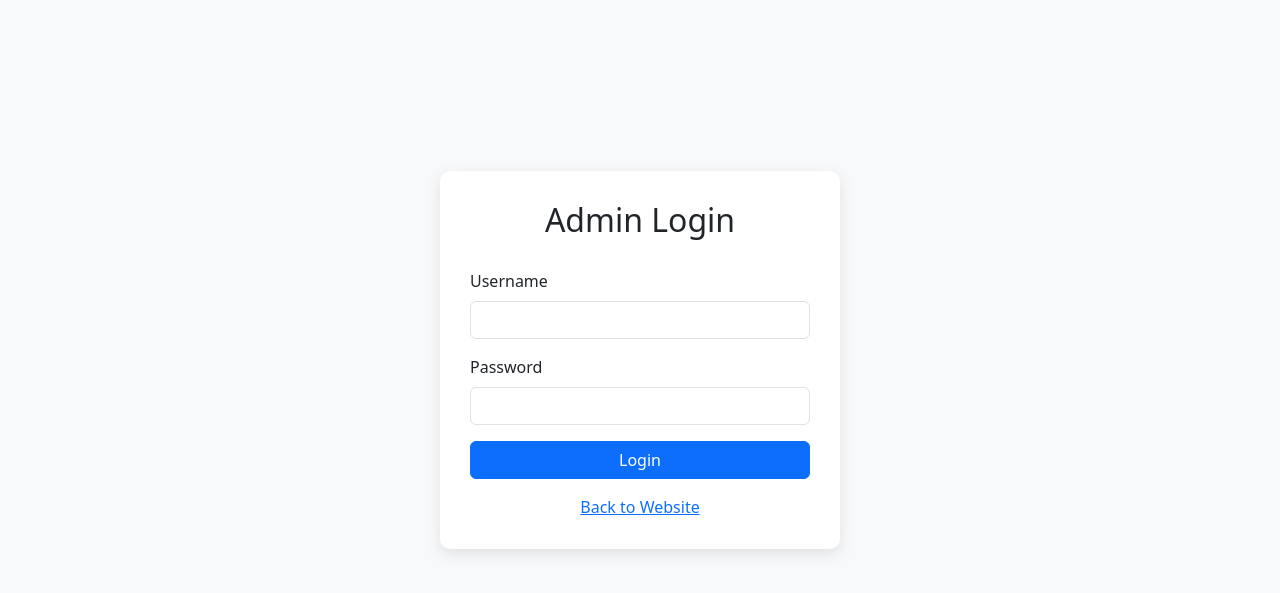
Repository: faridfirdaus-fred/portfolio-pweb
Page: http://localhost/admin/login.php
These files come from the project's save history. The page is drawn as it stood at one moment and after the next save; the edit follows.
The browser window is 1280 px wide. The pictures show the whole page.
The page is run by PHP 8.4 with error messages shown; the project is at /var/www/html/.

Above is the page before, as saved 2025-05-12 16:11:14.

### admin/login.php
<?php
session_start();

// Check if already logged in
if (isset($_SESSION['admin_logged_in']) && $_SESSION['admin_logged_in'] === true) {
    header("Location: index.php");
    exit;
}

// Include database configuration
require_once '../php/config.php';

$error = '';

// Check if form is submitted
if ($_SERVER["REQUEST_METHOD"] == "POST") {
    // Sanitize and validate input
    $username = trim($_POST['username']);
    $password = trim($_POST['password']);

    if (!empty($username) && !empty($password)) {
        // Prepare SQL statement to prevent SQL injection
        $stmt = $conn->prepare("SELECT * FROM admin WHERE username = ?");
        $stmt->bind_param("s", $username);
        $stmt->execute();
        $result = $stmt->get_result();

        if ($result->num_rows == 1) {
            $user = $result->fetch_assoc();

            // Verify password
            if (password_verify($password, $user['password'])) {
                // Set session
                $_SESSION['admin_logged_in'] = true;
                $_SESSION['admin_id'] = $user['id'];
                $_SESSION['admin_username'] = $user['username'];

                // Redirect to dashboard
                header("Location: index.php");
                exit;
            } else {
                $error = "Invalid password. Please try again.";
            }
        } else {
            $error = "Invalid username. Please try again.";
        }

        $stmt->close();
    } else {
        $error = "Please fill in both fields.";
    }
}
?>

<!DOCTYPE html>
<html lang="en">
<head>
    <meta charset="UTF-8">
    <meta name="viewport" content="width=device-width, initial-scale=1.0">
    <title>Admin Login</title>
    <!-- Bootstrap CSS -->
    <link href="https://cdn.jsdelivr.net/npm/bootstrap@5.3.0/dist/css/bootstrap.min.css" rel="stylesheet">
    <style>
        body {
            background-color: #f8f9fa;
            height: 100vh;
            display: flex;
            align-items: center;
            justify-content: center;
        }
        .login-form {
            max-width: 400px;
            width: 100%;
            padding: 30px;
            background-color: white;
            border-radius: 10px;
            box-shadow: 0 5px 15px rgba(0, 0, 0, 0.1);
        }
        .login-logo {
            text-align: center;
            margin-bottom: 30px;
        }
    </style>
</head>
<body>
    <div class="login-form">
        <div class="login-logo">
            <h2>Admin Login</h2>
        </div>

        <?php if (!empty($error)): ?>
            <div class="alert alert-danger"><?php echo htmlspecialchars($error); ?></div>
        <?php endif; ?>

        <form method="post" action="<?php echo htmlspecialchars($_SERVER["PHP_SELF"]); ?>">
            <div class="mb-3">
                <label for="username" class="form-label">Username</label>
                <input type="text" class="form-control" id="username" name="username" required>
            </div>
            <div class="mb-3">
                <label for="password" class="form-label">Password</label>
                <input type="password" class="form-control" id="password" name="password" required>
            </div>
            <button type="submit" class="btn btn-primary w-100">Login</button>
        </form>

        <div class="mt-3 text-center">
            <a href="../index.html">Back to Website</a>
        </div>
    </div>

    <!-- Bootstrap JS -->
    <script src="https://cdn.jsdelivr.net/npm/bootstrap@5.3.0/dist/js/bootstrap.bundle.min.js"></script>
</body>
</html>

### php/config.php
<?php
// Database configuration
$host = "localhost";
$username = "root";
$password = "";
$database = "portfolio_db";

// Create database connection
$conn = new mysqli($host, $username, $password, $database);

// Check connection
if ($conn->connect_error) {
    die("Connection failed: " . $conn->connect_error);
}
?>

After the next save:
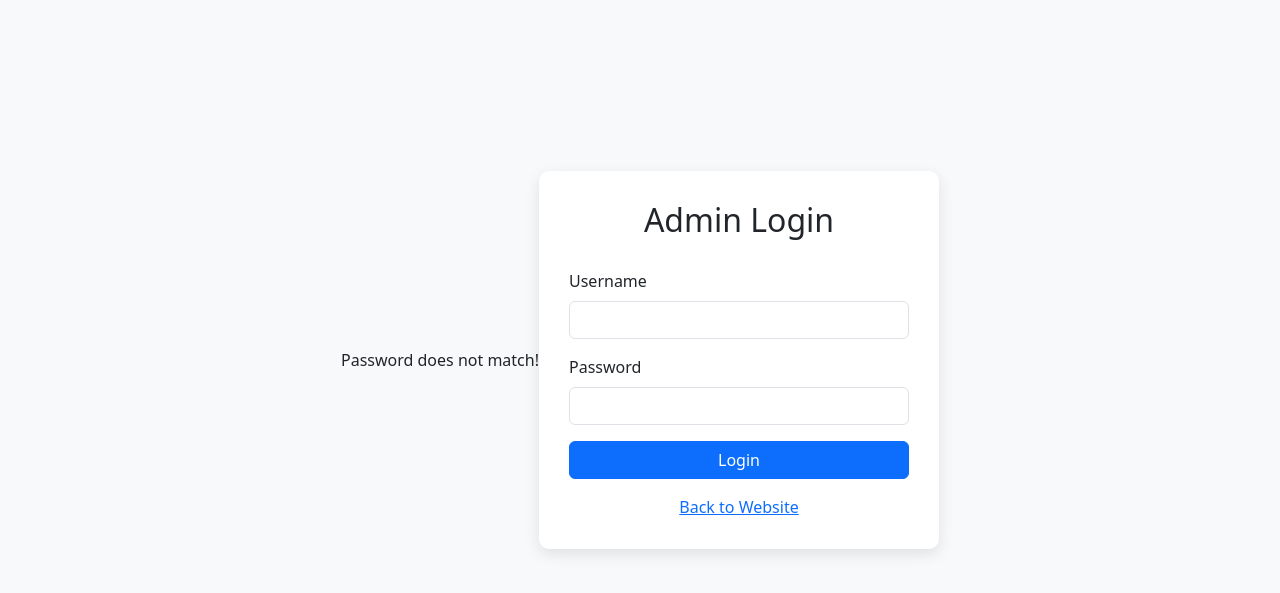
Saved 2 min 31 s later.
--- a/admin/login.php
+++ b/admin/login.php
@@ -6,7 +6,14 @@
     header("Location: index.php");
     exit;
 }
+                                    $password = 'newpassword123'; // Password asli
+                                    $hash = '$2y$10$eImiTXuWVxfM37uY4JANjQe5Jxq2z1p5f5l9z9eWl9z9eWl9z9eWl'; // Hash dari database
 
+                                    if (password_verify($password, $hash)) {
+                                        echo "Password matches!";
+                                    } else {
+                                        echo "Password does not match!";
+                                    }
 // Include database configuration
 require_once '../php/config.php';
 
